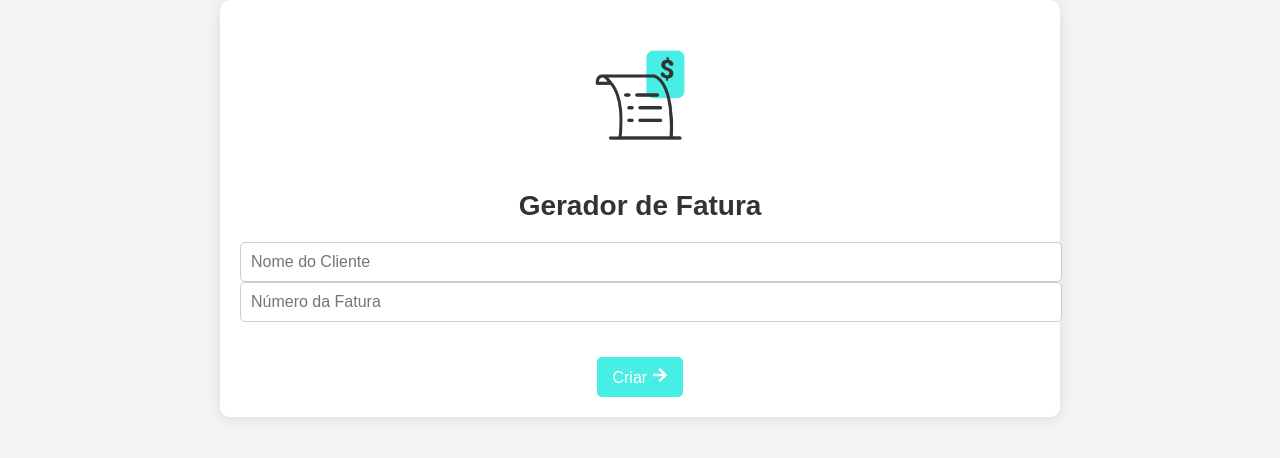
Repository: devthmedu/Invoice-Generator
Page: /
The author's editor kept a copy of each file at every save. The page is drawn from the files as they stood at one save, then again after the next save.
The browser window is 1280 px wide. The pictures show the whole page.
The project was rebuilt for these pictures with package versions that can differ from the ones it lists, and the page was loaded fresh each time. Also part of the build but not shown: vite.config.js, src/Componete/Template.jsx.

Above is the page before, as saved 2024-07-16 19:14:01.

After the next save:
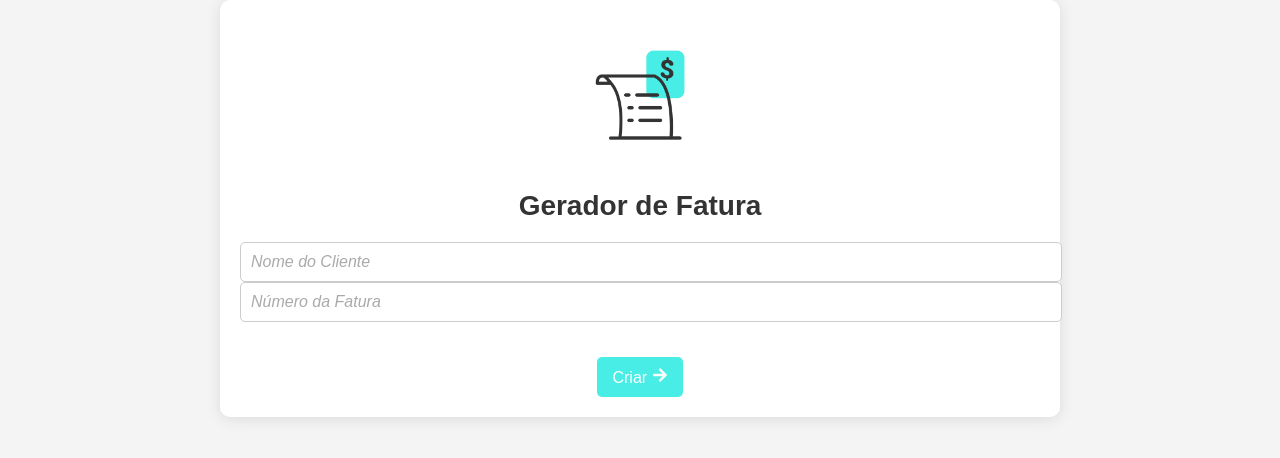
Saved 85 s later.
--- a/src/App.css
+++ b/src/App.css
@@ -1,24 +1,17 @@
-/* App.css */
 body {
   font-family: 'Arial', sans-serif;
-  background-color: #f4f4f4; /* Fundo claro */
+  background-color: #f4f4f4; /* Fundo leve */
   margin: 0;
   padding: 0;
 }
 
 .container {
   max-width: 500px;
-  margin: 100px auto; /* Centralizando */
+  margin: 100px auto; /* Centralização */
   padding: 20px;
   background: white; /* Estilo de cartão */
   border-radius: 10px; /* Cantos arredondados */
   box-shadow: 0 2px 10px rgba(0, 0, 0, 0.1); /* Sombra suave */
-}
-
-.logo {
-  display: block;
-  margin: 0 auto 20px; /* Centralizando a logo */
-  max-width: 100px; /* Limitar largura da logo */
 }
 
 .title {
@@ -38,10 +31,15 @@ body {
 
 input {
   padding: 10px;
-  border: 1px solid #ccc; /* Borda clara */
+  border: 1px solid #ccc; /* Borda leve */
   border-radius: 5px; /* Cantos arredondados */
   font-size: 16px;
   width: 100%; /* Largura total */
+}
+
+input::placeholder {
+  color: #aaa; /* Cor do placeholder */
+  font-style: italic; /* Itálico para o placeholder */
 }
 
 input:disabled {
@@ -50,7 +48,8 @@ input:disabled {
 
 .buttons {
   display: flex;
-  justify-content: center;
+  justify-content: center; /* Centralização dos botões */
+  margin-top: 20px; /* Espaço acima dos botões */
 }
 
 button {
@@ -62,11 +61,12 @@ button {
   font-size: 16px;
   cursor: pointer;
   transition: background 0.3s, transform 0.3s;
+  margin: 0 10px; /* Espaçamento lateral entre botões */
 }
 
 button:hover {
-  background-color: #36b4d3; /* Sombra mais escura ao passar o mouse */
-  transform: scale(1.05); /* Leve efeito de zoom */
+  background-color: #36b4d3; /* Tom mais escuro ao passar o mouse */
+  transform: scale(1.05); /* Efeito de zoom leve */
 }
 
 button:disabled {
